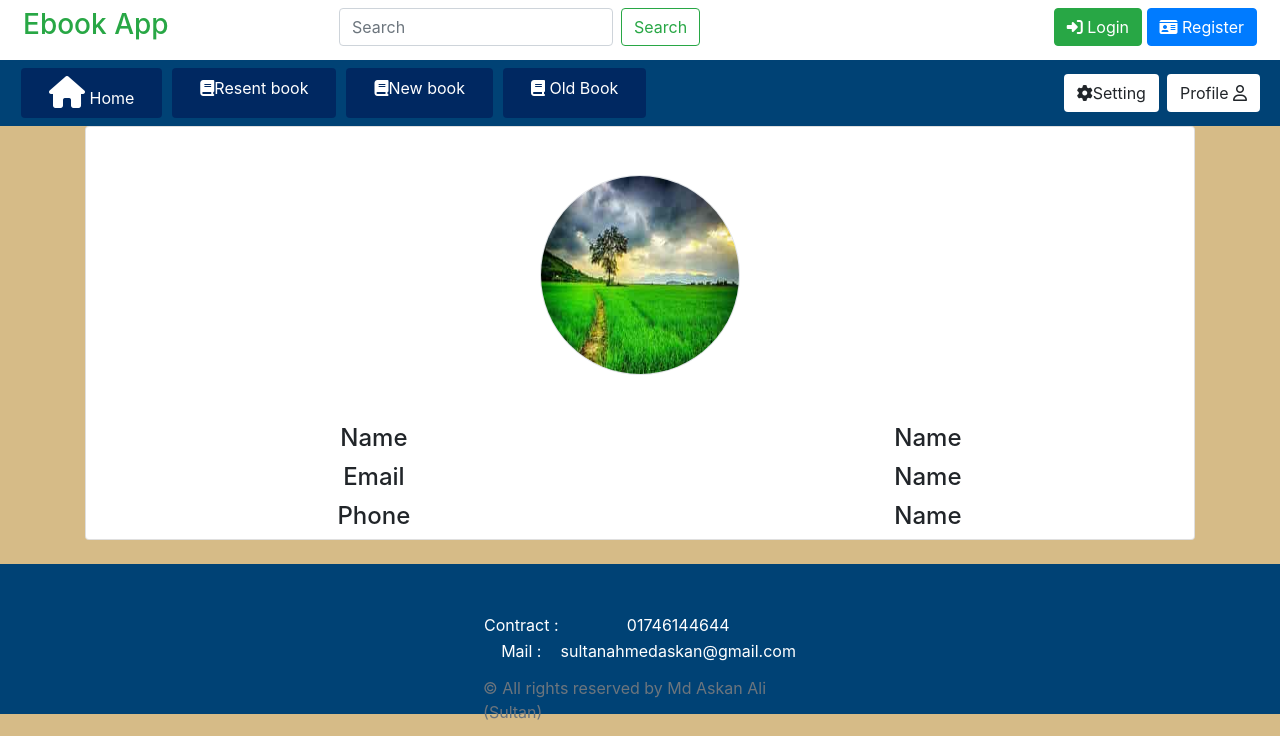
Repository: sultanaskan/EbookApp
Page: http://localhost/ebook/profile.jsp
These files come from the project's save history. The page is drawn as it stood at one moment and after the next save; the edit follows.
The browser window is 1280 px wide. The pictures show the whole page.
The page is served by Tomcat 9. Other server files are loaded and not shown.

Above is the page before, as saved 2024-05-06 08:04:09.

### ebook/src/main/webapp/profile.jsp
<%@page import="com.entity.Cart"%>
<%@page import="com.entity.Book"%>
<%@page import="java.util.List"%>
<%@page import="com.DAO.DBconn"%>
<%@ page language="java" contentType="text/html; charset=UTF-8"
	pageEncoding="UTF-8"%>

<%@ taglib prefix="c" uri="http://java.sun.com/jsp/jstl/core"%>
<%@ page isELIgnored="false"%>

<!DOCTYPE html>
<html>
<head>
<meta charset="UTF-8">
<title>New Book:</title>
<%@include file="components/allcss.jsp"%>


</head>
<body>
	<%@include file="components/navbar.jsp"%>


	<div class="container">
		<div class="card text-center">

			<div class="m-5">
				<img height="200px" width="200px"
					class="rounded-circle border w-5 h-5 r " alt=""
					src="data:[embedded picture, 7115 characters]">

			</div>

			<table>
				<tr>
					<td><h4>Name</h4></td>
					<td><h4>Name</h4></td>
				</tr>
				<tr>
					<td><h4>Email</h4></td>
					<td><h4>Name</h4></td>
				</tr>
				<tr>
					<td><h4>Phone</h4></td>
					<td><h4>Name</h4></td>
				</tr>
			</table>

		</div>

	</div>



	<br>









	<%@include file="components/footer.jsp"%>
</body>
</html>

### ebook/src/main/webapp/components/allcss.jsp
<script
	src="https://cdn.jsdelivr.net/npm/jquery@3.5.1/dist/jquery.slim.min.js"></script>
<script
	src="https://cdn.jsdelivr.net/npm/popper.js@1.16.1/dist/umd/popper.min.js"></script>
<script
	src="D:/All projects/java web/EbookApp/src/main/webapp/components/bootstrap-4.6.2-dist/js/bootstrap.min.js"></script>

<link rel="stylesheet"
	href="https://cdn.jsdelivr.net/npm/bootstrap@4.6.2/dist/css/bootstrap.min.css">
<script
	src="https://cdn.jsdelivr.net/npm/bootstrap@4.6.2/dist/js/bootstrap.bundle.min.js"></script>
<link rel="stylesheet"
	href="https://cdnjs.cloudflare.com/ajax/libs/font-awesome/6.4.2/css/all.min.css" />

<link rel="stylesheet" href="components/style.css">

### ebook/src/main/webapp/components/navbar.jsp
<%@page import="java.sql.Connection"%>
<%@page import="com.db.Database"%>
<%@page import="com.entity.user"%>
<%@page import="com.DAO.DAOImpl"%>
<%@page import="com.DAO.DBconn"%>
<%@include file="jstl.jsp" %>


<% Connection conn =new Database().Dbconn(); %>


<div class="container-fluid bg-white  " style="min-height: 60px">
	<div class="row p-2">
		<div class="col-md-3">
			<h3 class="text-success float-left">Ebook App</h3>
		</div>
		<div class=" col-md-5">
			<form class="form-inline my-2 my-lg-0">
				<input class="form-control mr-sm-2" type="search"
					placeholder="Search" aria-label="Search">
				<button class="btn btn-outline-success my-2 my-sm-0" type="submit">Search</button>
			</form>
		</div>

		<c:if test="${not empty  logedin }">
			<div class="col-md-4  text-right">
				<a href="profile.jsp" class="btn btn-primary "><i
					class="fa-regular fa-user"></i> Profile</a>
				<button data-toggle="modal" data-target="#exampleModal"
					class="btn btn-danger ">
					<i class="fa-solid fa-right-from-bracket"></i> Logout
				</button>
			</div>
		</c:if>

		<c:if test="${empty logedin}">
			<div class="col-md-4  text-right">
				<a href="login.jsp" class="btn btn-success "><i
					class="fa-solid fa-right-to-bracket "></i> Login</a> <a
					href="register.jsp" class="btn btn-primary "><i
					class="fa-solid fa-id-card"></i> Register</a>
			</div>
		</c:if>


	</div>
</div>



<nav class="navbar navbar-expand-lg navbar-dark  sticky-top"
	style="background: #004275">
	<button class="navbar-toggler" type="button" data-toggle="collapse"
		data-target="#navbarSupportedContent"
		aria-controls="navbarSupportedContent" aria-expanded="false"
		aria-label="Toggle navigation">
		<span class="navbar-toggler-icon"></span>
	</button>
	<div class="row collapse navbar-collapse" id="navbarSupportedContent">
		<div class=" col-md-7 float-left ">
			<ul class="navbar-nav mr-auto">
				<li class="nav-item active"><a class="nav-link"
					href="index.jsp"> <i class="fa-solid fa-house fa-2x"></i> Home
				</a></li>
				<li class="nav-item active"><a class="nav-link"
					href="resentbook.jsp"> <i class="fa-solid fa-book"></i>Resent
						book
				</a></li>
				<li class="nav-item  active"><a class="nav-link"
					href="newbook.jsp"> <i class="fa-solid fa-book"></i>New book
				</a></li>
				<li class="nav-item active"><a class="nav-link "
					href="oldbook.jsp"> <i class="fa-solid fa-book"></i> Old Book
				</a></li>
			</ul>
		</div>

		<div class="col-md-5 ">
			<a class=" float-right btn bg-white mx-1" href="#">Profile <i
				class="fa-regular fa-user"></i>
			</a> <a href="setting.jsp" class=" float-right btn bg-white mx-1"
				href="#"><i class="fa-solid fa-gear"></i>Setting </a>




			<c:if test="${not empty logedin }">

				<%
				DAOImpl daoNav = new DAOImpl(conn);
				user uNav = (user) session.getAttribute("logedin");
				int uidNav = uNav.getUid();
				int totalCarts = daoNav.getCartsCountByUid(uidNav);
				System.out.println("total Carts is: " + totalCarts);
				%>

				<a href="cart.jsp" class="float-right  btn bg-white mx-1"
					href="#"> <i class="fa-solid fa-cart-arrow-down"></i> <sup
					style="font-size: 15px; width: 250px"
					class="bg-danger rounded text-white"> <%=totalCarts%>
				</sup>
				</a>
			</c:if>


		</div>

	</div>
</nav>





<!-- Modal -->
<div class="modal fade" id="exampleModal" tabindex="-1"
	aria-labelledby="exampleModalLabel" aria-hidden="true">
	<div class="modal-dialog">
		<div class="modal-content">
			<div class="modal-header">
				<h5 class="modal-title" id="exampleModalLabel">warning !</h5>
				<button type="button" class="close" data-dismiss="modal"
					aria-label="Close">
					<span aria-hidden="true">&times;</span>
				</button>
			</div>
			<div class="modal-body">Are you sure you want to logout?</div>
			<div class="modal-footer">
				<button type="button" class="btn btn-secondary" data-dismiss="modal">No</button>
				<a href="Logout" type="button" class="btn btn-primary">Yes</a>
			</div>
		</div>
	</div>
</div>

### ebook/src/main/webapp/components/jstl.jsp
<%@ taglib prefix = "c" uri = "http://java.sun.com/jsp/jstl/core" %>
<%@  page isELIgnored="false" %>

### ebook/src/main/webapp/components/footer.jsp
<div class="container-fluid  text-center " style="height:150px; background:#004275">
	<div class="row text-center text-white pt-5 justify-content-center">


		<table>
		<caption>&copy All rights reserved by Md Askan Ali (Sultan)</caption>

		<tr>
		<td>Contract : </td>
		<td>01746144644</td>
		</tr>
		<tr>
		<td>Mail     : </td>
		<td>sultanahmedaskan@gmail.com</td>
		</tr>
		</table>
	</div>
</div>

### ebook/src/main/java/com/db/Database.java
package com.db;

import java.sql.Connection;
import java.sql.DriverManager;
import java.sql.SQLException;

public class Database{






	public Database() {
		super();
		// TODO Auto-generated constructor stub
	}

	public Connection Dbconn() {
		// TODO Auto-generated method stub
		Connection conn  = null;
		String url= "jdbc:mysql://localhost:3306/ebook";
		String user= "root";
		String password= "";

		try {
			Class.forName("com.mysql.cj.jdbc.Driver");
		} catch (ClassNotFoundException e) {
			// TODO Auto-generated catch block
			e.printStackTrace();
		}

		try {

			conn = DriverManager.getConnection(url,user, password);
		} catch (SQLException e) {
			// TODO Auto-generated catch block
			e.printStackTrace();
		}

		return conn;
	}


}

### ebook/src/main/webapp/components/style.css

body{
	background-color:#D6BB87;
}
.gcardbook{
	height: 135px;
	width: 100px;
}
.resentbook{
	background-color: rgba(132, 151, 134,0.4);
	border-radius: 10px;
}

.newbook{
	background-color: rgba(148, 124, 145,0.4);
	border-radius: 10px;
}

.oldbook{
	background-color: rgba(155, 152, 130,.4);
	border-radius: 10px;
}
.card {
	background-color: rgba(255, 255, 223,0.3);
	transition: 1s ease-in-out ;
}
.card{
	background-color: white;
}

.navbar ul li{
	padding-left: 20px;
	padding-right: 20px;
	background-color: rgba(0, 0, 68, .4);
	border-radius: 4px;
	margin-right: 5px;
	margin-left: 5px;
}

.navbar ul li:hover {
	background-color:rgb(128, 0, 128);
	transition: .3s ease-in-out;
	color:rgb(0, 0, 64) !important;
	border-radius: 4px;

}

After the next save:
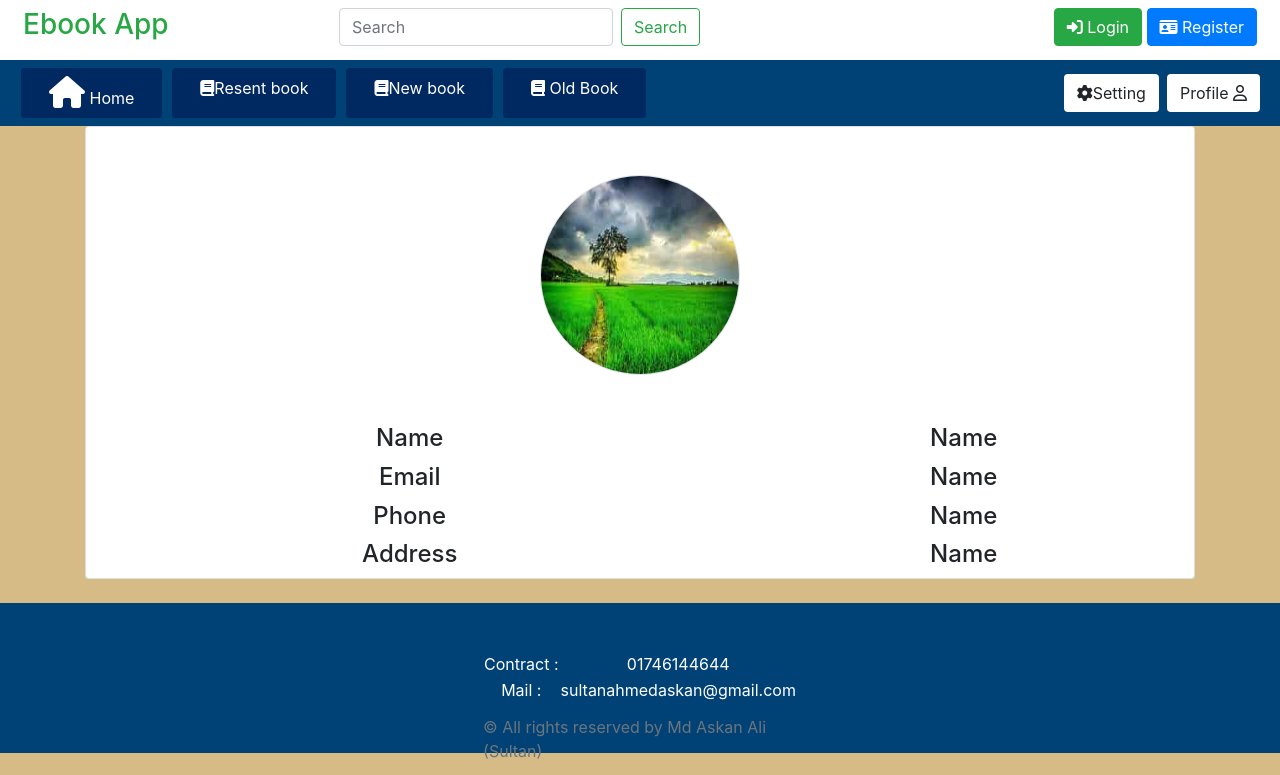
Saved 12 s later.
--- a/ebook/src/main/webapp/profile.jsp
+++ b/ebook/src/main/webapp/profile.jsp
@@ -44,6 +44,10 @@
 					<td><h4>Phone</h4></td>
 					<td><h4>Name</h4></td>
 				</tr>
+				<tr>
+					<td><h4>Address</h4></td>
+					<td><h4>Name</h4></td>
+				</tr>
 			</table>
 
 		</div>
